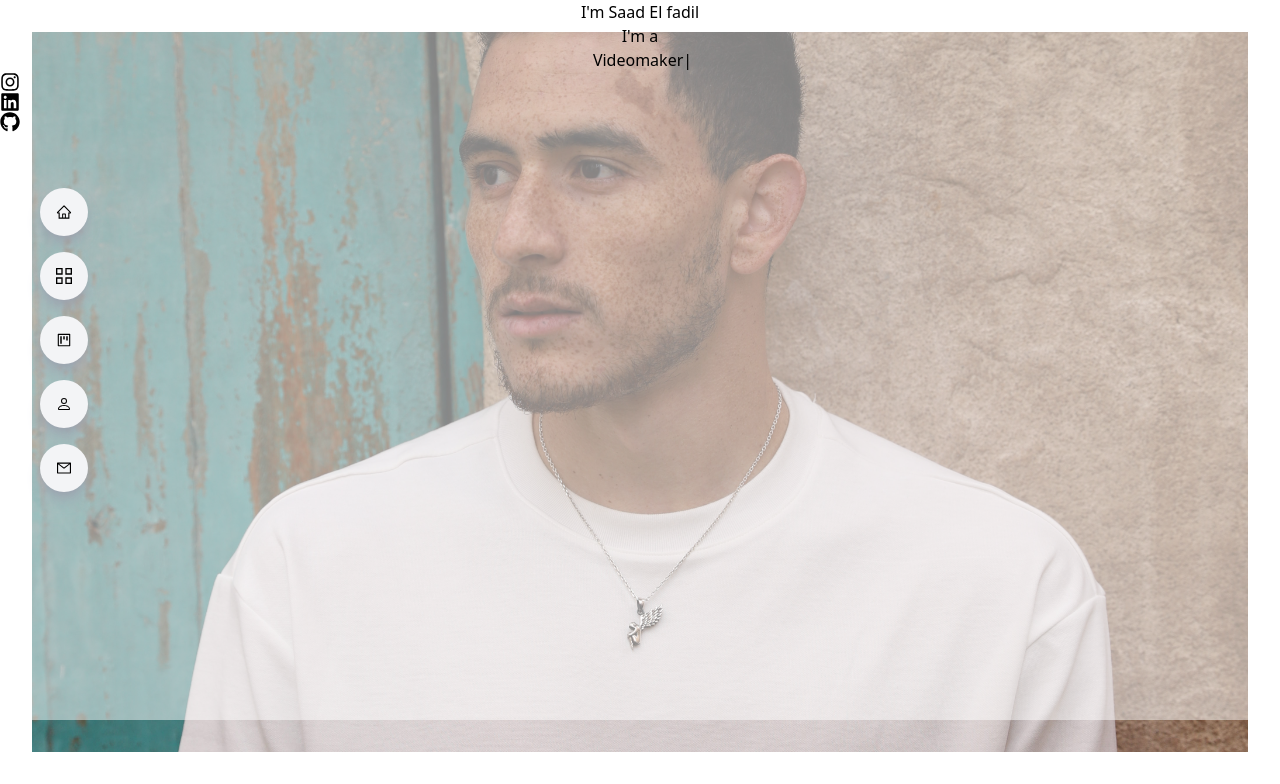
Repository: Saadelfadil/saadelfadil.github.io
Page: /
The author's editor kept a copy of each file at every save. The page is drawn from the files as they stood at one save, then again after a run of saves.
The browser window is 1280 px wide. The pictures show the whole page.
The project was rebuilt for these pictures with package versions that can differ from the ones it lists, and the page was loaded fresh each time. Also part of the build but not shown: vite.config.js.

Above is the page before, as saved 2023-02-26 16:45:43.

After the next 5 saves:
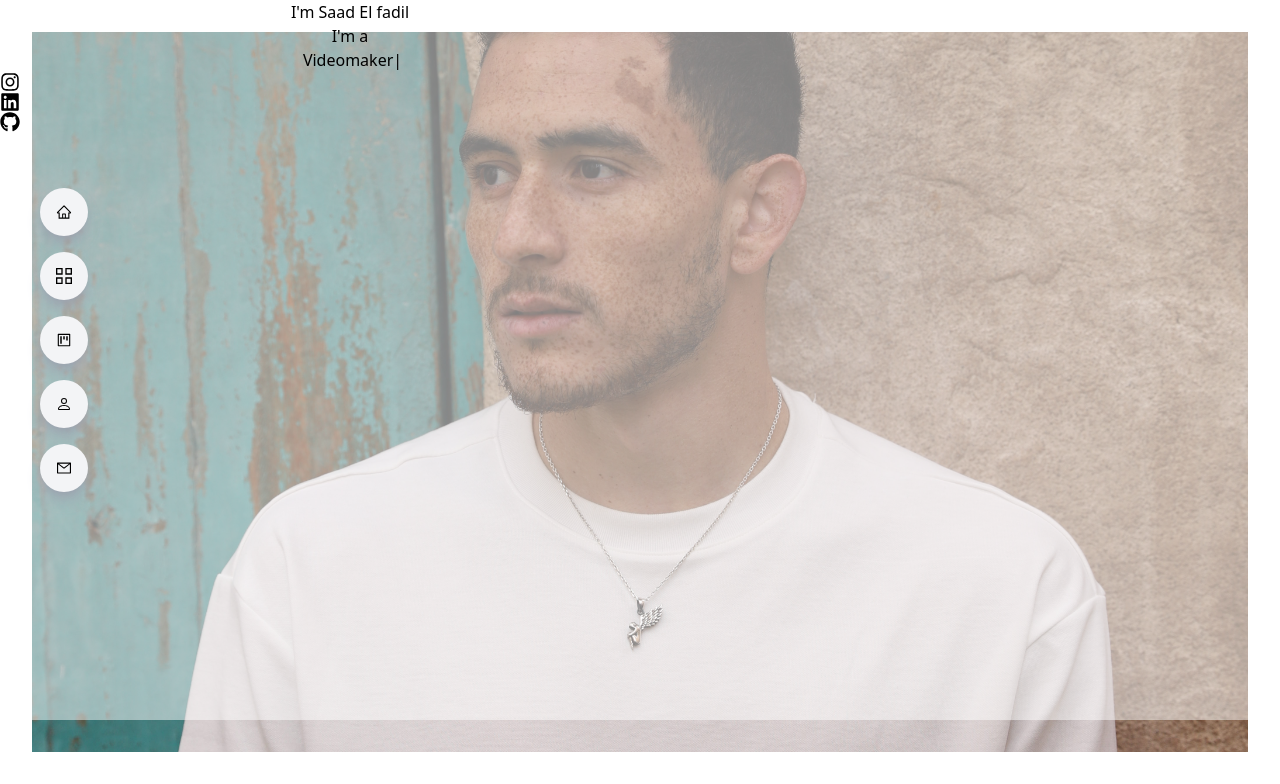
The 5 saves are shown as one change because they came seconds apart.
The last was saved 4 min 14 s later.
--- a/src/components/Main.jsx
+++ b/src/components/Main.jsx
@@ -7,7 +7,7 @@ const Main = () => {
     <div id="main">
         <img className="w-full h-screen object-cover object-right " src="/src/assets/saadelfadil.jpg" alt="saadelfadil" />
         <div className="w-full h-screen absolute top-0 left-0 bg-white/50 ">
-            <div className="">
+            <div className="max-w-[700px]">
                 <h1>I'm Saad El fadil</h1>
                 <h2>I'm a
                     <TypeAnimation
